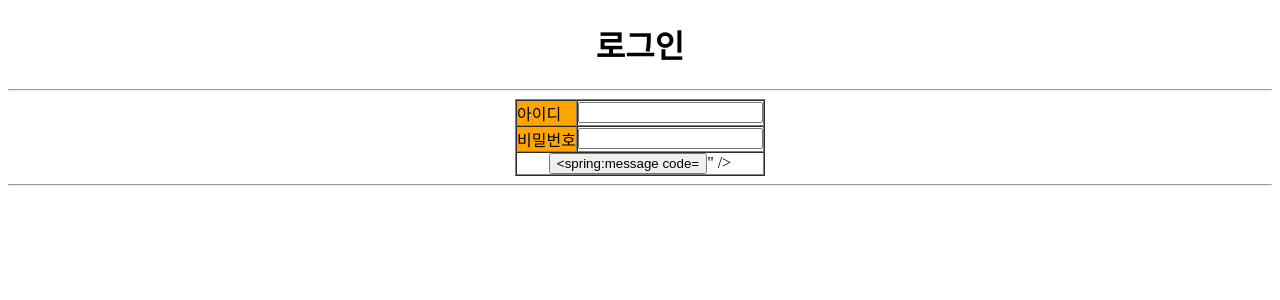
Repository: Dev-Aria/WebStudy
Page: http://localhost/BoardWeb/login.jsp
The author's editor kept a copy of each file at every save. The page is drawn from the files as they stood at one save, then again after the next save.
The browser window is 1280 px wide. The pictures show the whole page.
The page is served by Tomcat 9. Other server files are loaded and not shown.

Above is the page before, as saved 2018-05-02 18:19:12.

### workspace_sts/BoardWeb/src/main/webapp/login.jsp
<%@page contentType="text/html; charset=EUC-KR"%>

<!DOCTYPE html PUBLIC "-//W3C//DTD HTML 4.01 Transitional//EN"
                      "http://www.w3.org/TR/html4/loose.dtd">
<html>
<head>
<meta http-equiv="Content-Type" content="text/html; charset=EUC-KR">
<title>로그인</title>
</head>
<body>
	<center>
		<h1>로그인</h1>
		<hr>
		<form action="login_proc.do" method="post">
			<table border="1" cellpadding="0" cellspacing="0">
				<tr>
					<td bgcolor="orange">아이디</td>
					<td><input type="text" name="id" /></td>
				</tr>
				<tr>
					<td bgcolor="orange">비밀번호</td>
					<td><input type="password" name="password" /></td>
				</tr>
				<tr>
					<td colspan="2" align="center">
						<input type="submit" value="<spring:message code="message.user.login.loginBtn"/>" />
					</td>
				</tr>
			</table>
		</form>
		<hr>
	</center>
</body>
</html>

After the next save:
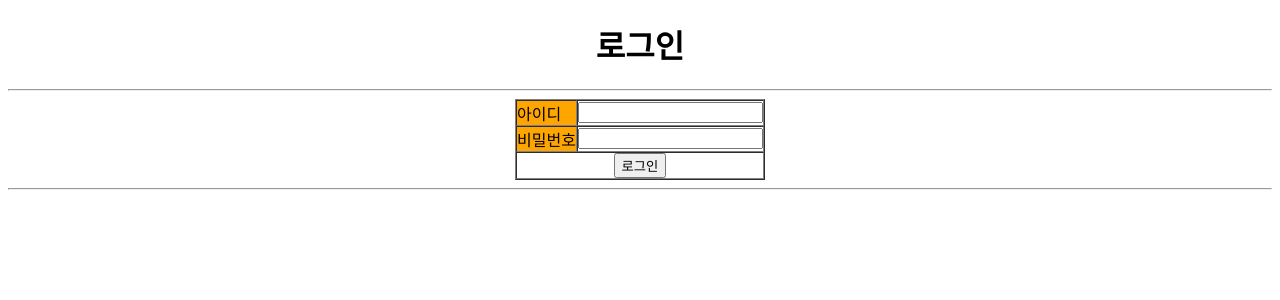
Saved 12 s later.
--- a/workspace_sts/BoardWeb/src/main/webapp/login.jsp
+++ b/workspace_sts/BoardWeb/src/main/webapp/login.jsp
@@ -23,7 +23,7 @@
 				</tr>
 				<tr>
 					<td colspan="2" align="center">
-						<input type="submit" value="<spring:message code="message.user.login.loginBtn"/>" />
+						<input type="submit" value="로그인" />
 					</td>
 				</tr>
 			</table>
